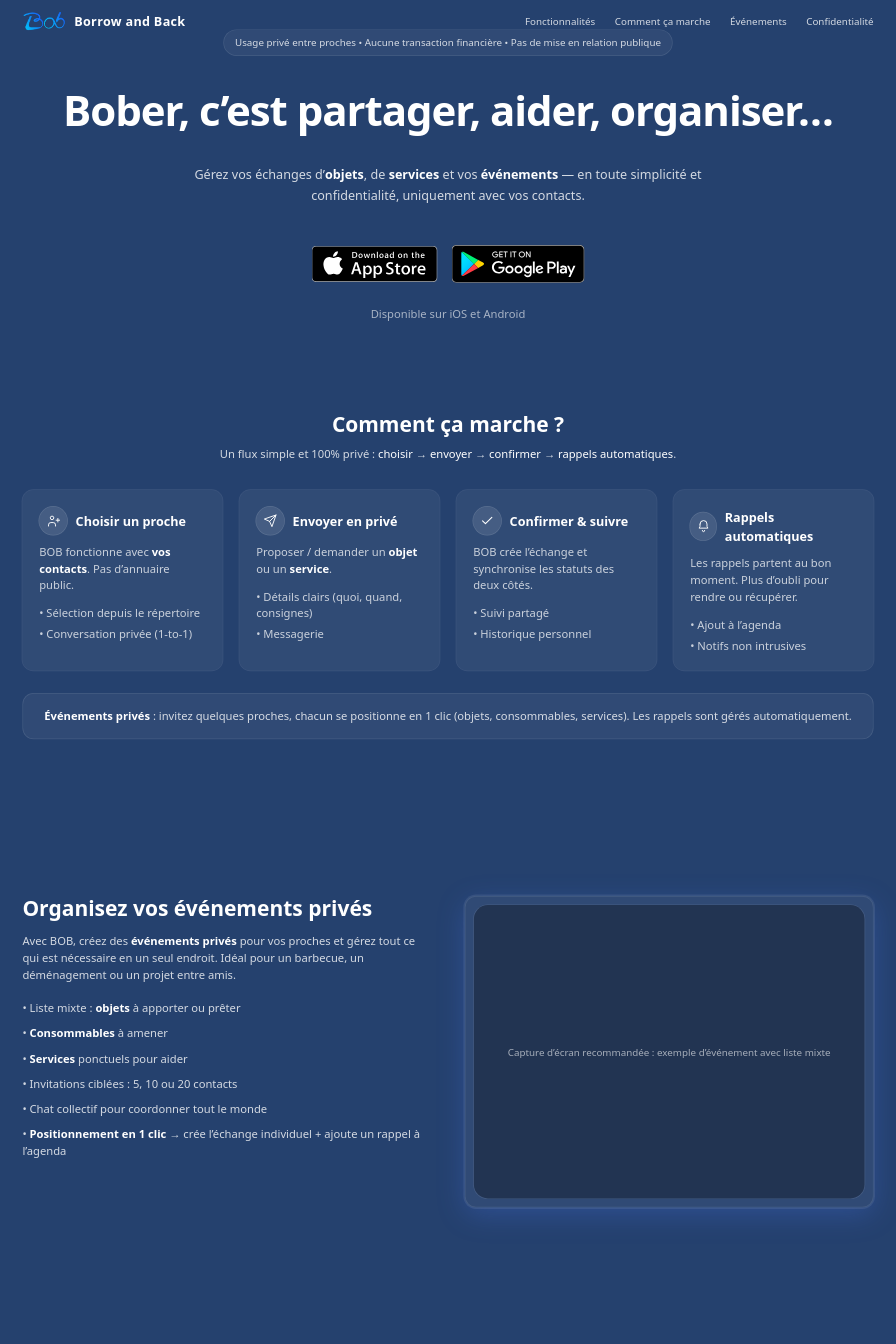
Repository: JeanCharlesMEILLAND/new-bob
Page: /
An editor plug-in stored every save of this project. The page is shown before and after the next save, followed by the edit.
The browser window is 1280 px wide. The pictures show the part of the page from y = 0 to 1920 px (the page is 3122 px tall before and 3186 px after), at 70% of full size.
The page's requests for data from a server got no answer. The project was rebuilt for these pictures with package versions that can differ from the ones it lists, and the page was loaded fresh each time. The framework's server and built-in components were replaced by stand-ins that run in the browser. No one was signed in, and anything a server would have sent is missing. Also part of the build but not shown: next.config.ts.

Above is the page before, as saved 2025-08-12 15:54:00.

### src/app/layout.tsx
import type { Metadata } from 'next'
import './globals.css'
import { inter, jakarta } from './fonts'
import Navbar from '@/components/Navbar'
import Footer from '@/components/Footer'
import Analytics from '@/components/Analytics'

const name = process.env.NEXT_PUBLIC_SITE_NAME || 'BOB'
const baseUrl = process.env.NEXT_PUBLIC_SITE_URL || 'https://new-bob.vercel.app'

export const metadata: Metadata = {
  metadataBase: new URL(baseUrl),
  title: `${name} — Échanges privés entre proches`,
  description:
    `${name} vous aide à prêter, emprunter et organiser des événements en privé avec vos contacts. ` +
    `Aucune transaction financière. Aucune mise en relation publique.`,
  alternates: { canonical: '/' },
  openGraph: {
    title: `${name} — Échanges privés entre proches`,
    description:
      `Gérez vos prêts d’objets, coups de main et événements avec vos proches — simplement et en toute confidentialité. ` +
      `Pas de paiements, pas d’annuaire public.`,
    url: baseUrl,
    siteName: name,
    images: [
      // Généré par app/opengraph-image.tsx (ci-dessous) + fallback static
      { url: '/api/og', width: 1200, height: 630, alt: `${name} — Aperçu` },
      { url: '/og.png', width: 1200, height: 630, alt: `${name} — Aperçu (fallback)` },
    ],
    locale: 'fr_FR',
    type: 'website',
  },
  twitter: {
    card: 'summary_large_image',
    title: `${name} — Échanges privés entre proches`,
    description: `Prêts d’objets & services entre contacts. Aucune transaction financière.`,
    images: ['/api/og', '/og.png'],
    site: '@', // ton handle si tu en as un
    creator: '@', // idem
  },
  robots: { index: true, follow: true },
}

export default function RootLayout({ children }: { children: React.ReactNode }) {
  return (
    <html lang="fr" className={`${inter.variable} ${jakarta.variable}`}>
      <body className="min-h-screen bg-[--bg] text-[--fg] antialiased">
        <Navbar />
        <main>{children}</main>
        <Footer />
        <Analytics />
      </body>
    </html>
  )
}

### src/app/page.tsx
import Hero from '@/components/sections/Hero'
import Features from '@/components/sections/Features'
import HowItWorks from '@/components/sections/HowItWorks'
import Testimonials from '@/components/sections/Testimonials'
import Events from '@/components/sections/Events'

export default function Page() {
  return (
    <>
      <Hero />
      <HowItWorks />
      <Events />
      <Features />
      <Testimonials />
    </>
  )
}

### src/app/globals.css
@import "tailwindcss";

:root {
  --bg: #25416E;
  --fg: #ffffff;
}

html, body {
  scroll-behavior: smooth;
  background: var(--bg);
  color: var(--fg);
}

/* === Tokens Tailwind v4 pour tes classes custom === */
@theme {
  /* Colors */
  --color-ink: #0f172a;
  --color-brand-50:  #f3f7ff;
  --color-brand-100: #e8efff;
  --color-brand-200: #cfe0ff;
  --color-brand-300: #a6c2ff;
  --color-brand-400: #7ba1ff;
  --color-brand-500: #4b7bff;
  --color-brand-600: #2f5df3;
  --color-brand-700: #2549c6;
  --color-brand-800: #1f3ca0;
  --color-brand-900: #0F55C5;

  /* Radius */
  --radius-xl2: 1.25rem; /* => rounded-xl2 */

  /* Shadows */
  --shadow-glow: 0 0 0 2px rgba(255,255,255,0.08),
                 0 10px 40px rgba(75,123,255,0.25); /* => shadow-glow */
}
.container-gutter {
  @apply mx-auto max-w-7xl px-6 md:px-8;
}

.section {
  @apply py-20 md:py-28;
}

.card {
  @apply rounded-2xl bg-white/5 ring-1 ring-white/10 backdrop-blur;
}

.gradient-text {
  background: linear-gradient(90deg, #0F55C5 0%, #22c55e 100%);
  -webkit-background-clip: text;
  -webkit-text-fill-color: transparent;
  background-clip: text;
  color: transparent;
}

.bg-grid {
  background-image: linear-gradient(to right, rgba(255,255,255,0.06) 1px, transparent 1px),
    linear-gradient(to bottom, rgba(255,255,255,0.06) 1px, transparent 1px);
  background-size: 24px 24px;
}

*:focus-visible {
  outline: 2px solid rgba(75,123,255,0.9);
  outline-offset: 2px;
}

### src/app/fonts.ts
import { Inter, Plus_Jakarta_Sans } from 'next/font/google'

export const inter = Inter({
  subsets: ['latin'],
  variable: '--font-inter',
  display: 'swap',
})

export const jakarta = Plus_Jakarta_Sans({
  subsets: ['latin'],
  variable: '--font-jakarta',
  display: 'swap',
})

### src/components/Navbar.tsx
'use client'

import { useState, useEffect } from 'react'
import Link from 'next/link'
import Image from 'next/image'
import Container from './ui/Container'
import { clsx } from 'clsx'

export default function Navbar() {
  const [scrolled, setScrolled] = useState(false)
  const [open, setOpen] = useState(false)
  const MENU_ID = 'mobile-nav'

  useEffect(() => {
    const onScroll = () => setScrolled(window.scrollY > 12)
    onScroll()
    window.addEventListener('scroll', onScroll)
    return () => window.removeEventListener('scroll', onScroll)
  }, [])

  // Ferme au resize et gère le scroll lock quand le menu est ouvert
  useEffect(() => {
    const close = () => setOpen(false)
    window.addEventListener('resize', close)
    return () => window.removeEventListener('resize', close)
  }, [])

  useEffect(() => {
    if (open) {
      const prev = document.body.style.overflow
      document.body.style.overflow = 'hidden'
      return () => {
        document.body.style.overflow = prev
      }
    }
  }, [open])

  return (
    <header
      className={clsx(
        'fixed inset-x-0 top-0 z-50 transition-all',
        scrolled ? 'bg-black/50 backdrop-blur ' : 'bg-transparent'
      )}
    >
      <Container className={clsx('flex items-center justify-between', scrolled ? 'py-3' : 'py-4')}>
        {/* Logo + texte */}
        <Link href="/" aria-label="Accueil" className="flex items-center gap-3">
          <Image
            src="/bob1.png"
            alt="Logo BOB"
            width={62}
            height={62}
            className=""
            priority
          />
        <div className="flex flex-col leading-tight">
            <span className="text-lg font-bold text-white tracking-wide">Borrow and Back</span>
          </div>
        </Link>

        {/* Nav desktop */}
        <nav aria-label="Navigation principale" className="hidden md:flex items-center gap-7 text-sm text-white/80">
          <a href="#features" className="hover:text-white">Fonctionnalités</a>
          <a href="#how" className="hover:text-white">Comment ça marche</a>
          <a href="#events" className="hover:text-white">Événements</a>
          <a href="#privacy" className="hover:text-white">Confidentialité</a>
        </nav>

        {/* Bouton menu mobile */}
        <button
          type="button"
          className="md:hidden inline-flex items-center justify-center rounded-xl2 px-3 py-2 ring-1 ring-white/10 bg-white/5 text-white/90"
          aria-label={open ? 'Fermer le menu' : 'Ouvrir le menu'}
          aria-controls={MENU_ID}
          aria-expanded={open}
          onClick={() => setOpen(v => !v)}
        >
          <span className="sr-only">Menu</span>
          <div className="space-y-1.5">
            <span className="block h-0.5 w-5 bg-white/90" />
            <span className="block h-0.5 w-5 bg-white/90" />
            <span className="block h-0.5 w-5 bg-white/90" />
          </div>
        </button>
      </Container>

      {/* Overlay + panneau mobile */}
      {/* Overlay sombre flouté pour lisibilité, sous la barre (z-40) */}
      <div
        className={clsx(
          'md:hidden fixed inset-0 z-40 transition-opacity',
          open ? 'opacity-100 pointer-events-auto' : 'opacity-0 pointer-events-none'
        )}
        onClick={() => setOpen(false)}
        aria-hidden={!open}
      >
        <div className="absolute inset-0 bg-black/70 backdrop-blur-sm" />
      </div>

      {/* Panneau du menu (sous la navbar), fond opaque pour lecture */}
      <div
        id={MENU_ID}
        className={clsx(
          'md:hidden fixed inset-x-0 top-0 z-50 pt-20', // pt-20 pour laisser la navbar visible
          open ? 'pointer-events-auto' : 'pointer-events-none'
        )}
      >
        <div
          className={clsx(
            'mx-4 rounded-2xl bg-neutral-900/95 ring-1 ring-white/10 shadow-lg transition-[max-height] duration-300 ease-out overflow-hidden',
            open ? 'max-h-96' : 'max-h-0'
          )}
        >
          <nav aria-label="Navigation mobile" className="flex flex-col gap-1 p-2 text-sm text-white/90">
            <a href="#features" onClick={() => setOpen(false)} className="rounded-lg px-3 py-3 hover:bg-white/5">
              Fonctionnalités
            </a>
            <a href="#how" onClick={() => setOpen(false)} className="rounded-lg px-3 py-3 hover:bg-white/5">
              Comment ça marche
            </a>
            <a href="#events" onClick={() => setOpen(false)} className="rounded-lg px-3 py-3 hover:bg-white/5">
              Événements
            </a>
            <a href="#privacy" onClick={() => setOpen(false)} className="rounded-lg px-3 py-3 hover:bg-white/5">
              Confidentialité
            </a>
          </nav>
        </div>
      </div>
    </header>
  )
}

### src/components/Footer.tsx
import Container from './ui/Container'

export default function Footer() {
  return (
    <footer className="border-t border-white/10 py-10 text-sm">
      <Container className="flex flex-col md:flex-row items-center justify-between gap-6 text-white/60">
        <p>© {new Date().getFullYear()} Bob App — Tous droits réservés.</p>
        <div className="flex items-center gap-6">
          <a href="/legal/terms" className="hover:text-white/90">CGU</a>
          <a href="/legal/privacy" className="hover:text-white/90">Vie privée</a>
          <a href="mailto:hello@bobapp.fr" className="hover:text-white/90">Contact</a>
        </div>
      </Container>
    </footer>
  )
}

### src/components/Analytics.tsx
'use client'

import Script from 'next/script'

export default function Analytics() {
  const gaId = process.env.NEXT_PUBLIC_GA_ID
  if (!gaId) return null

  return (
    <>
      <Script
        src={`https://www.googletagmanager.com/gtag/js?id=${gaId}`}
        strategy="afterInteractive"
      />
      <Script id="ga" strategy="afterInteractive">
        {`
        window.dataLayer = window.dataLayer || [];
        function gtag(){dataLayer.push(arguments);}
        gtag('js', new Date());
        gtag('config', '${gaId}');
        `}
      </Script>
    </>
  )
}

### src/components/sections/Hero.tsx
// components/sections/Hero.tsx
import Image from 'next/image'
import Container from '@/components/ui/Container'

export default function Hero() {
  return (
    <section className="relative pt-12 pb-4"> {/* ↓ avant pt-48, donc badge + haut */}
      {/* Fonds décoratifs */}
      <div className="absolute inset-0 -z-10 bg-hero-radial bg-no-repeat opacity-70" />
      <div className="absolute inset-0 -z-20 bg-grid opacity-[0.25] [mask-image:radial-gradient(circle at center,black,transparent_70%)]" />

      <Container className="text-center space-y-10">
        {/* Badge conformité */}
        <div className="-mt-6 inline-flex items-center gap-2 rounded-full border border-white/10 bg-white/5 px-4 py-2 text-sm text-white/80">
          Usage privé entre proches • Aucune transaction financière • Pas de mise en relation publique
        </div>

        {/* Titre principal */}
        <h1 className="text-5xl font-extrabold tracking-tight sm:text-6xl leading-tight">
          <span className="">Bober</span>, c’est partager, aider, organiser…
        </h1>

        {/* Sous-titre */}
        <p className="mx-auto max-w-3xl text-lg text-white/80 leading-relaxed">
          Gérez vos échanges d’<strong className="text-white">objets</strong>, de{' '}
          <strong className="text-white">services</strong> et vos{' '}
          <strong className="text-white">événements</strong>  — en toute simplicité et confidentialité,
          uniquement avec vos contacts.
        </p>

        {/* Badges stores */}
        <div id="download" className="flex flex-wrap items-center justify-center gap-5 pt-4">
          <a
            href="https://apps.apple.com/app/idXXXXXXXXX"
            aria-label="Télécharger BOB sur l’App Store"
            className="inline-flex"
            target="_blank" rel="noopener noreferrer"
          >
            <Image src="/app-badges/appstore.svg" alt="Disponible sur l’App Store" width={180} height={54} priority />
          </a>
          <a
            href="https://play.google.com/store/apps/details?id=com.bobapp"
            aria-label="Télécharger BOB sur Google Play"
            className="inline-flex"
            target="_blank" rel="noopener noreferrer"
          >
            <Image src="/app-badges/playstore.svg" alt="Disponible sur Google Play" width={190} height={54} priority />
          </a>
        </div>

        {/* Légende rapprochée */}
        <p className="text-base text-white/60 -mt-2">Disponible sur iOS et Android</p>

      </Container>
    </section>
  )
}

### src/components/sections/Features.tsx
// components/sections/Features.tsx
import Container from '@/components/ui/Container'

/** Icônes minimalistes (stroke = currentColor) */
const IconShield = () => (
  <svg width="20" height="20" viewBox="0 0 24 24" fill="none" aria-hidden>
    <path d="M12 3 4.5 6v6.5c0 4.2 3.3 7.6 7.5 8.5 4.2-.9 7.5-4.3 7.5-8.5V6L12 3Z" stroke="currentColor" strokeWidth="1.6" />
    <path d="M9 12l2 2 4-4" stroke="currentColor" strokeWidth="1.8" strokeLinecap="round" strokeLinejoin="round"/>
  </svg>
)
const IconPeople = () => (
  <svg width="20" height="20" viewBox="0 0 24 24" fill="none" aria-hidden>
    <circle cx="8" cy="8" r="3" stroke="currentColor" strokeWidth="1.6" />
    <path d="M14 11a3 3 0 1 0 0-6" stroke="currentColor" strokeWidth="1.6" />
    <path d="M2 20a6 6 0 0 1 12 0" stroke="currentColor" strokeWidth="1.6" />
    <path d="M14 20a6 6 0 0 1 8 0" stroke="currentColor" strokeWidth="1.6" />
  </svg>
)
const IconBoxTool = () => (
  <svg width="20" height="20" viewBox="0 0 24 24" fill="none" aria-hidden>
    <path d="M3 7l9 4 9-4M3 7l9-4 9 4M3 7v10l9 4 9-4V7" stroke="currentColor" strokeWidth="1.6" strokeLinejoin="round"/>
  </svg>
)
const IconCalendarBell = () => (
  <svg width="20" height="20" viewBox="0 0 24 24" fill="none" aria-hidden>
    <rect x="3" y="4" width="18" height="16" rx="2" stroke="currentColor" strokeWidth="1.6"/>
    <path d="M3 8h18" stroke="currentColor" strokeWidth="1.6"/>
    <path d="M9 15a3 3 0 0 1 6 0v1l1 2H8l1-2v-1" stroke="currentColor" strokeWidth="1.6" strokeLinecap="round"/>
  </svg>
)
const IconChat = () => (
  <svg width="20" height="20" viewBox="0 0 24 24" fill="none" aria-hidden>
    <path d="M21 12a7 7 0 0 1-7 7H7l-4 3V12a7 7 0 0 1 7-7h4a7 7 0 0 1 7 7Z" stroke="currentColor" strokeWidth="1.6" strokeLinejoin="round"/>
    <path d="M8.5 11h7M8.5 14h4" stroke="currentColor" strokeWidth="1.6" strokeLinecap="round"/>
  </svg>
)
const IconListEvent = () => (
  <svg width="20" height="20" viewBox="0 0 24 24" fill="none" aria-hidden>
    <rect x="4" y="5" width="16" height="15" rx="2" stroke="currentColor" strokeWidth="1.6"/>
    <path d="M4 9h16M8 3v4M16 3v4" stroke="currentColor" strokeWidth="1.6" strokeLinecap="round"/>
    <path d="M8 12h6" stroke="currentColor" strokeWidth="1.6" strokeLinecap="round"/>
    <circle cx="17" cy="15" r="1.5" stroke="currentColor" strokeWidth="1.6"/>
  </svg>
)

const FEATURES = [
  {
    title: 'Entre proches uniquement',
    desc: 'Fonctionne avec vos contacts du téléphone. Pas d’annuaire public, pas d’inconnus.',
    icon: <IconPeople />,
  },
  {
    title: 'Objets & services, simplement',
    desc: 'Proposer / demander en privé : un geste, un “OK”, et c’est suivi.',
    icon: <IconBoxTool />,
  },
  {
    title: 'Événements privés',
    desc: 'Invitez un petit groupe. Liste mixte (objets, consommables, services) et positionnement en 1 clic.',
    icon: <IconListEvent />,
  },
  {
    title: 'Rappels & agenda',
    desc: 'Rappels automatiques des deux côtés et ajout à l’agenda pour éviter les oublis.',
    icon: <IconCalendarBell />,
  },
  {
    title: 'Messagerie intégrée',
    desc: '1-to-1 pour les échanges, chat d’événement pour coordonner rapidement.',
    icon: <IconChat />,
  },
  {
    title: 'Confidentialité par design',
    desc: 'Aucune transaction financière. Aucune mise en relation publique. Historique personnel.',
    icon: <IconShield />,
  },
]

export default function Features() {
  return (
    <section id="features" className="section pb-12 md:pb-16">
      <Container>
        {/* En-tête */}
        <div className="text-center max-w-3xl mx-auto">
          <h2 className="text-3xl font-bold">Fonctionnalités clés</h2>
          <p className="mt-3 text-white/80">
            BOB structure les échanges privés entre proches — objets, services et événements.
          </p>
        </div>

        {/* Cartes */}
        <div className="mt-10 grid gap-6 sm:grid-cols-2 lg:grid-cols-3">
          {FEATURES.map((f) => (
            <article key={f.title} className="rounded-2xl bg-white/5 ring-1 ring-white/10 p-6 hover:shadow-glow transition-shadow">
              <div className="flex items-center gap-3">
                <div className="flex h-10 w-10 items-center justify-center rounded-full bg-white/10 ring-1 ring-white/20 text-white">
                  {f.icon}
                </div>
                <h3 className="text-lg font-semibold">{f.title}</h3>
              </div>
              <p className="mt-3 text-white/75">{f.desc}</p>
            </article>
          ))}
        </div>

        {/* Bandeau conformité (discret) */}
        <p className="mt-8 text-center text-sm text-white/60">
          Usage privé entre proches • Aucune transaction financière • Pas de mise en relation publique
        </p>
      </Container>
    </section>
  )
}

### src/components/sections/Testimonials.tsx
import Container from '../ui/Container'

const TESTIMONIALS = [
  {
    name: 'Sarah, présidente d’asso',
    text: 'On a évité l’achat de matériel en doublon. L’interface est simple et tout le monde s’y retrouve.',
  },
  {
    name: 'Karim, voisinage',
    text: 'On se prête outillage et jeux pour les enfants. Les rappels évitent les oublis.',
  },
  {
    name: 'Élodie, RH',
    text: 'Parfait pour animer un collectif interne sur plusieurs sites. Traçabilité légère mais suffisante.',
  },
]

export default function Testimonials() {
  return (
    <section id="testimonials" className="section pt-12 md:pt-16">
      <Container>
        <h2 className="text-3xl font-bold">Ils en parlent</h2>
        <div className="mt-8 grid gap-6 md:grid-cols-3">
          {TESTIMONIALS.map((t) => (
            <figure key={t.name} className="card p-6">
              <blockquote className="text-white/90">&ldquo;{t.text}&rdquo;</blockquote>
              <figcaption className="mt-4 text-white/60">— {t.name}</figcaption>
            </figure>
          ))}
        </div>
      </Container>
    </section>
  )
}

### src/components/sections/Events.tsx
// components/sections/Events.tsx
import Container from '@/components/ui/Container'
import Image from 'next/image'

export default function Events() {
  return (
    <section id="events" className="section">
      <Container>
        <div className="grid items-start gap-12 lg:grid-cols-2">
          {/* Texte explicatif */}
          <div>
            <h2 className="text-3xl font-bold">
              Organisez vos événements privés
            </h2>
            <p className="mt-4 text-white/80">
              Avec BOB, créez des <strong className="text-white">événements privés</strong> pour vos proches et gérez
              tout ce qui est nécessaire en un seul endroit. Idéal pour un barbecue, un déménagement ou un projet entre amis.
            </p>
            <ul className="mt-6 space-y-3 text-white/80">
              <li>• Liste mixte : <strong className="text-white">objets</strong> à apporter ou prêter</li>
              <li>• <strong className="text-white">Consommables</strong> à amener</li>
              <li>• <strong className="text-white">Services</strong> ponctuels pour aider</li>
              <li>• Invitations ciblées : 5, 10 ou 20 contacts</li>
              <li>• Chat collectif pour coordonner tout le monde</li>
              <li>• <strong className="text-white">Positionnement en 1 clic</strong> → crée l’échange individuel + ajoute un rappel à l’agenda</li>
            </ul>
          </div>

          {/* Visuel placeholder */}
          <div className="rounded-2xl border border-white/10 bg-white/5 p-3 shadow-glow">
            <div className="aspect-[4/3] w-full rounded-xl2 bg-black/30 ring-1 ring-white/10 flex items-center justify-center text-white/60">
              <span className="text-sm text-center px-4">
                Capture d’écran recommandée : exemple d’événement avec liste mixte
              </span>
            </div>
          </div>
        </div>
      </Container>
    </section>
  )
}

### src/components/ui/Container.tsx
import clsx from "clsx"

export default function Container({
  children,
  className
}: {
  children: React.ReactNode
  className?: string
}) {
  return <div className={clsx('container-gutter', className)}>{children}</div>
}

Loaded but not shown: src/components/sections/HowItWorks.tsx (126 lines, source omitted)

After the next save:
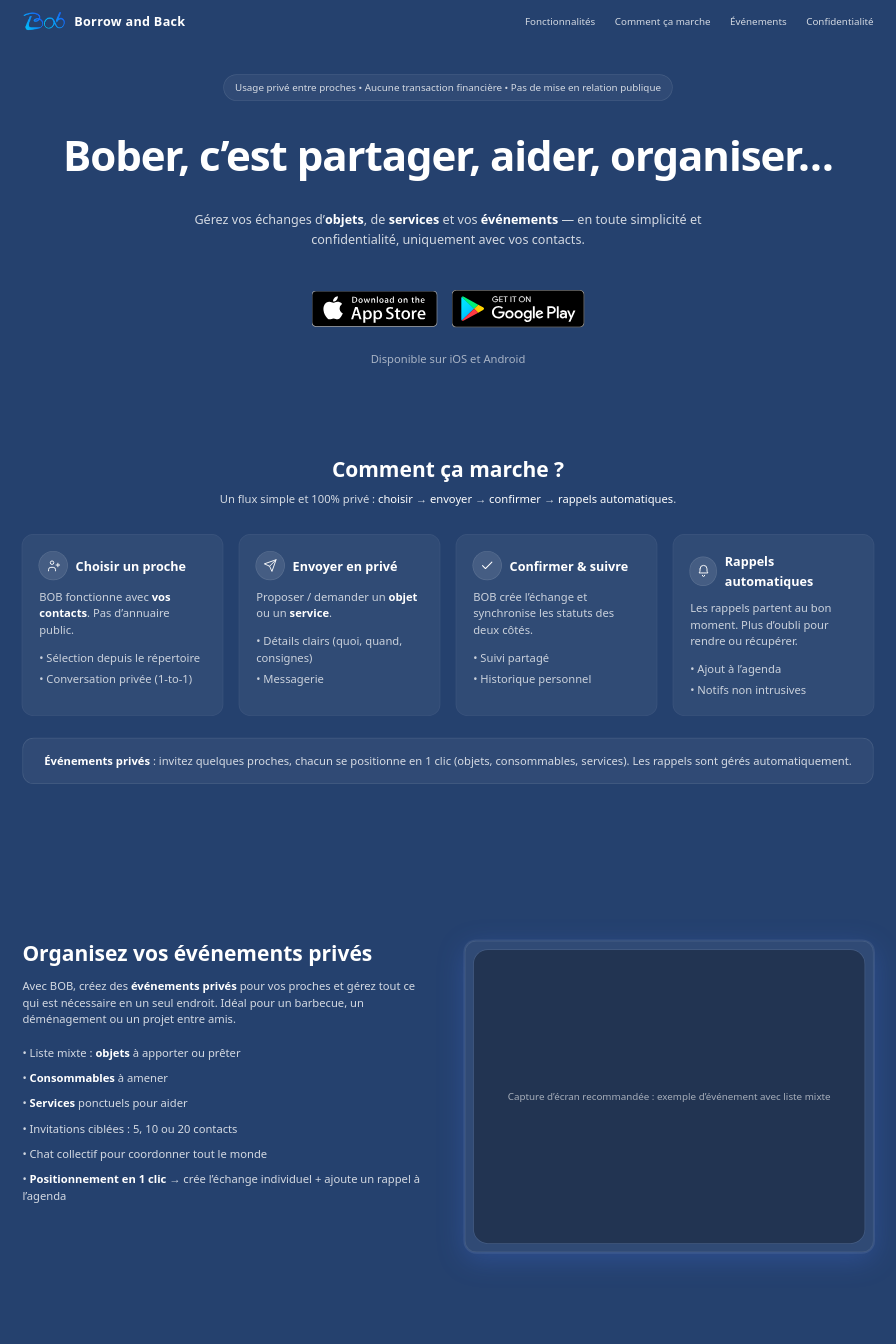
Saved 11 s later.
--- a/src/components/sections/Hero.tsx
+++ b/src/components/sections/Hero.tsx
@@ -4,7 +4,7 @@
 
 export default function Hero() {
   return (
-    <section className="relative pt-12 pb-4"> {/* ↓ avant pt-48, donc badge + haut */}
+    <section className="relative pt-28 pb-4"> {/* ↓ avant pt-48, donc badge + haut */}
       {/* Fonds décoratifs */}
       <div className="absolute inset-0 -z-10 bg-hero-radial bg-no-repeat opacity-70" />
       <div className="absolute inset-0 -z-20 bg-grid opacity-[0.25] [mask-image:radial-gradient(circle at center,black,transparent_70%)]" />
